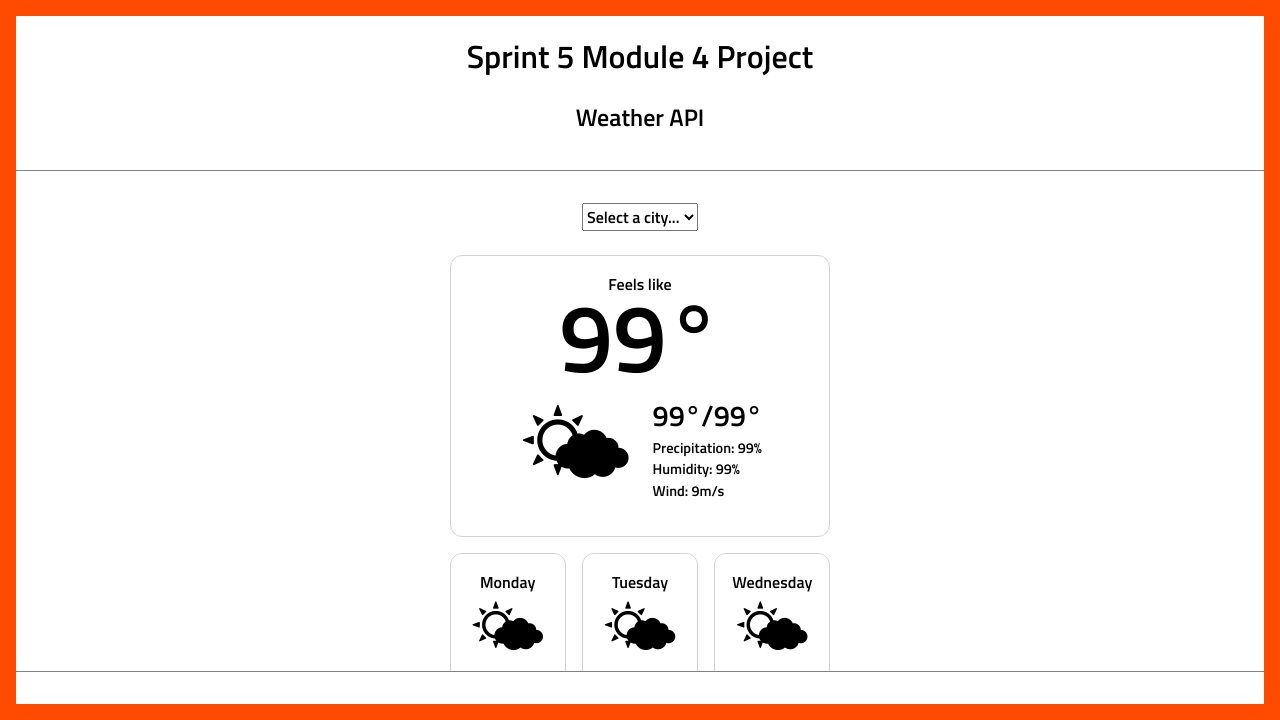
Repository: bloominstituteoftechnology/module-project-weather-api-yoshimario
Page: frontend/index.html
The author's editor kept a copy of each file at every save. The page is drawn from the files as they stood at one save, then again after the next save.
The browser window is 1280 px wide. The pictures show the whole page.
An inner scrolling area shows only its first screen.

Above is the page before, as saved 2023-09-29 16:41:34.
Console error: SyntaxError: missing ) after argument list

After the next save:
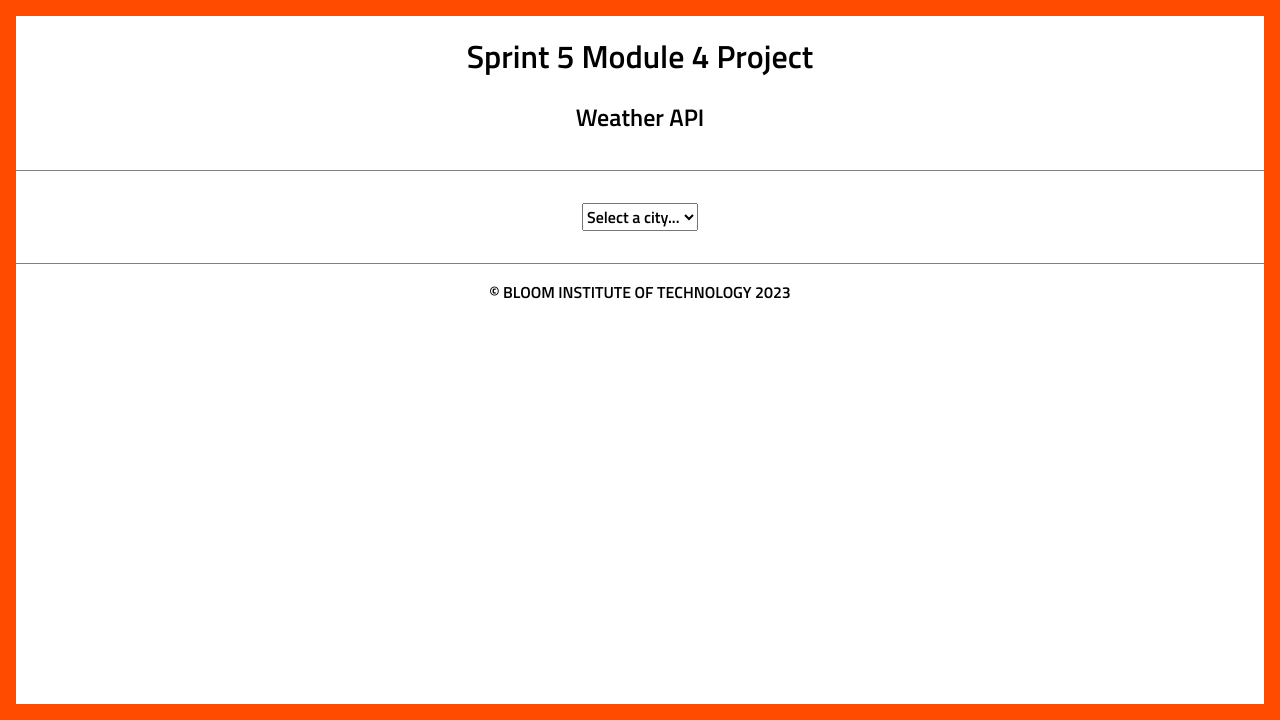
The error is gone.
Saved 4 s later.
--- a/frontend/index.js
+++ b/frontend/index.js
@@ -19,7 +19,7 @@ async function moduleProject4() {
   // 👉 Tasks 1 - 5 go here
   document.querySelector('#weatherWidget').style.display = 'none'
 document.querySelector('#citySelect').addEventListener('change', async evt =>(
-  console.log('selection changed'
+  console.log('selection changed')
 ))
   // 👆 WORK WORK ABOVE THIS LINE 👆
 
